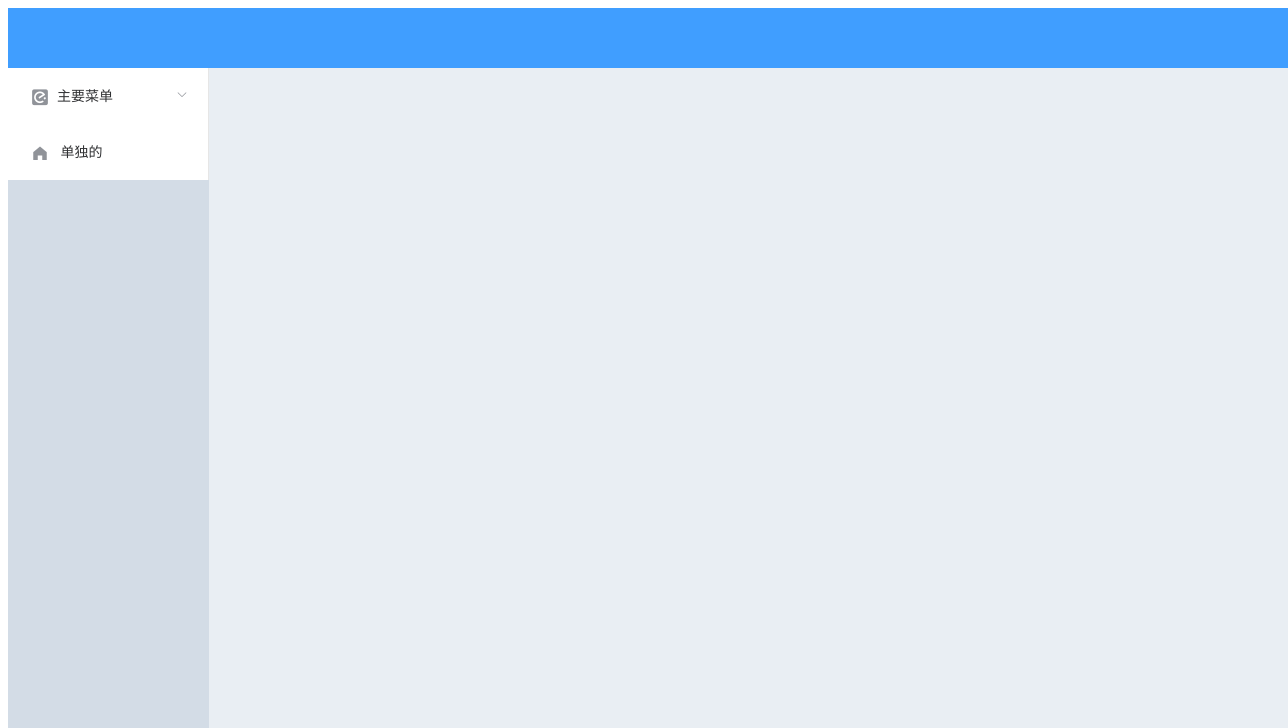
Repository: 960519152/elementui-demo-byf
Page: /#/
An editor plug-in stored every save of this project. The page is shown before and after the next save, followed by the edit.
The browser window is 1280 px wide. The page is 1288 px wide, then 1280 px, then 1288 px, so the pictures cover 1288 px, including what lies to the right of the window. The pictures show the whole page.
The project was rebuilt for these pictures with package versions that can differ from the ones it lists, and the page was loaded fresh each time. Also part of the build but not shown: src/components/HelloWorld.vue, src/components/Tx.vue, src/components/Tes.vue.

Above is the page before, as saved 2019-05-14 12:49:33.

After the next save:
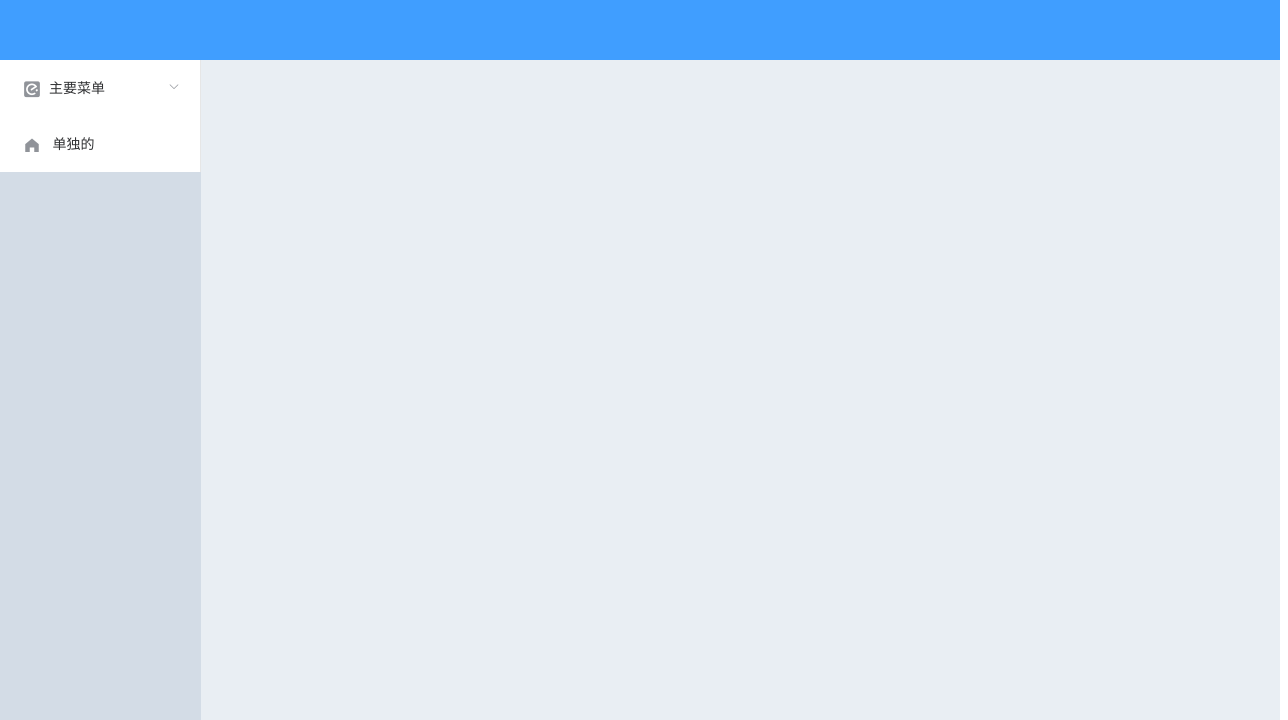
Saved 92 s later.
--- a/src/main.js
+++ b/src/main.js
@@ -5,6 +5,7 @@
 import router from './router' //路由
 import ElementUI from 'element-ui'; //饿了么UI
 import 'element-ui/lib/theme-chalk/index.css';  //饿了么UI
+import '../static/css/base.scss';  //公共scss文件
 
 Vue.config.productionTip = false
 Vue.use(ElementUI); //饿了么UI

After the 5 saves that followed:
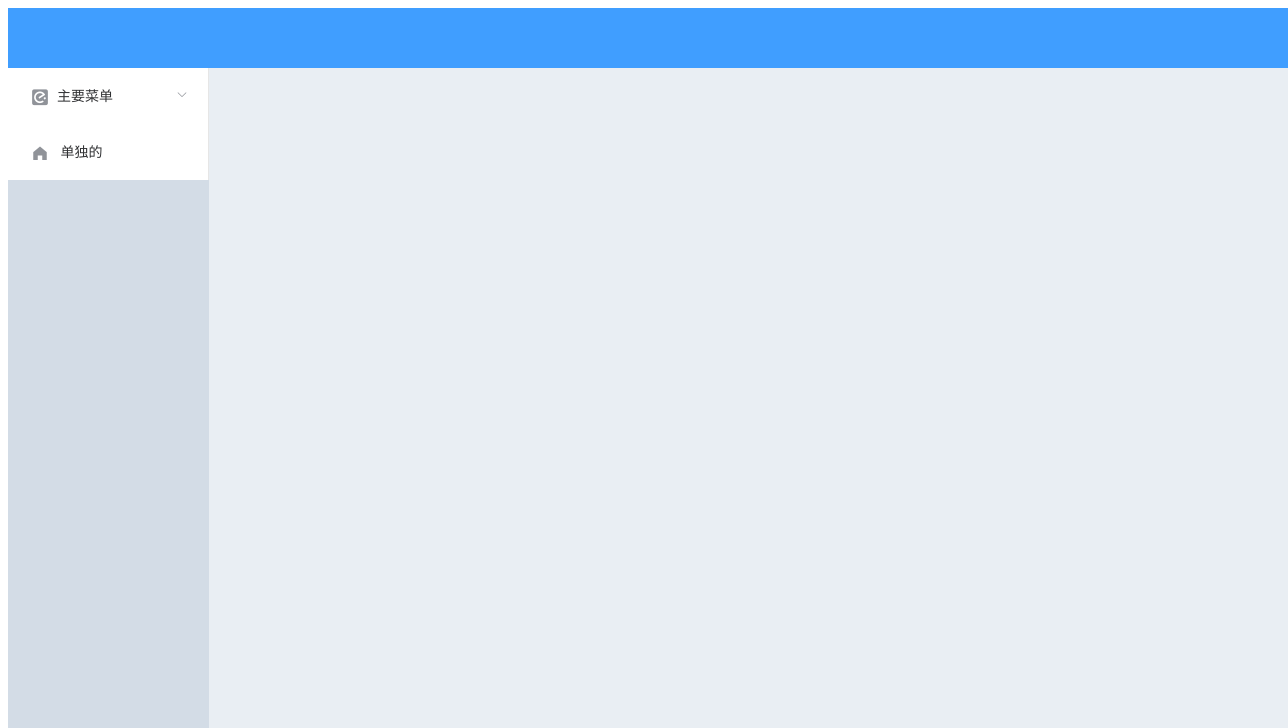
The 5 saves are shown as one change because 4 did not build or start.
The last was saved 4 min 47 s later.
--- a/src/main.js
+++ b/src/main.js
@@ -5,7 +5,6 @@
 import router from './router' //路由
 import ElementUI from 'element-ui'; //饿了么UI
 import 'element-ui/lib/theme-chalk/index.css';  //饿了么UI
-import '../static/css/base.scss';  //公共scss文件
 
 Vue.config.productionTip = false
 Vue.use(ElementUI); //饿了么UI
